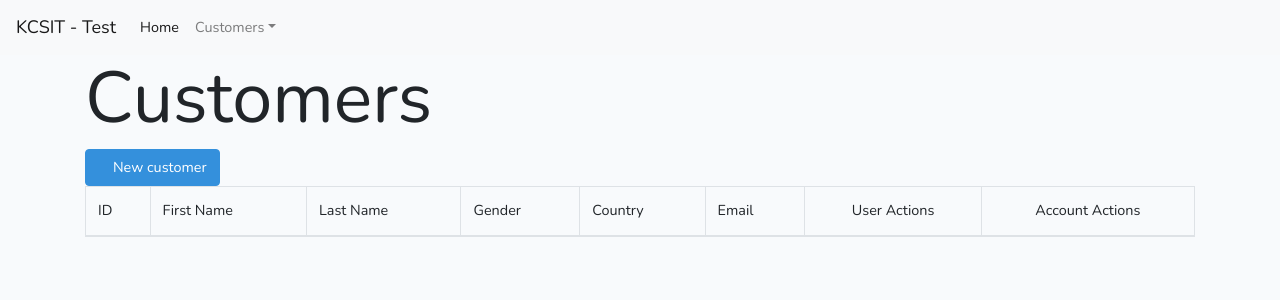
Repository: GilmarBrito/kcsit
Page: resources/views/customers/index.blade.php
These files come from the project's save history. The page is drawn as it stood at one moment and after the next save; the edit follows.
The browser window is 1280 px wide. The pictures show the whole page.
The page is served by the project's Laravel application, run on PHP 8.4 with Laravel 8. Other server files are loaded and not shown. Style sheets and scripts are compiled from the project's sources, by tool versions that may differ from the author's. The template is opened directly, without the code that normally fills it, so the values that code supplies are empty.

Above is the page before, as saved 2020-03-08 20:41:38.
Console error: ReferenceError: $ is not defined

### routes/web.php
<?php

use Illuminate\Support\Facades\Route;

/*
|--------------------------------------------------------------------------
| Web Routes
|--------------------------------------------------------------------------
|
| Here is where you can register web routes for your application. These
| routes are loaded by the RouteServiceProvider within a group which
| contains the "web" middleware group. Now create something great!
|
*/

Route::get('/', function () {
    return view('welcome');
});

Route::resource('customers', 'CustomerController');

### resources/views/customers/index.blade.php
@extends('base')

@section('main')
<div class="row">
    <div class="col-sm-12">
        <h1 class="display-3">Customers</h1>
    </div>
    <div class="col-sm-12">
        <a href="{{route('customers.create')}}" class="btn btn-primary">
            <i class="fas fa-user-plus"></i> New customer
        </a>
    </div>
    <div class="col-sm-12">
        <table class="table table-striped table-bordered">
            <thead>
                <tr>
                    <td>ID</td>
                    <td>First Name</td>
                    <td>Last Name</td>
                    <td>Gender</td>
                    <td>Country</td>
                    <td>Email</td>
                    <td colspan="2" class="text-center">User Actions</td>
                    <td colspan="2" class="text-center">Account Actions</td>
                </tr>
            </thead>
            <tbody>
                @foreach($customers as $customer)
                <tr>
                    <td>{{$customer->id}}</td>
                    <td>{{$customer->first_name}}</td>
                    <td>{{$customer->last_name}}</td>
                    <td>{{$customer->gender}}</td>
                    <td>{{$customer->country}}</td>
                    <td>{{$customer->email}}</td>
                    <td>
                        <a href="{{ route('customers.edit',$customer->id)}}" class="btn btn-primary btn-block"><i class="fas fa-user-edit"></i> Edit</a>
                    </td>
                    <td>
                    <form action="{{ route('customers.destroy', $customer->id)}}" method="post">
                            @csrf
                            @method('DELETE')
                            <button class="btn btn-danger btn-block" type="submit"><i class="fas fa-user-slash"></i> Delete</button>
                        </form>
                    </td>
                    <td>
                        <a href="#" class="btn btn-outline-success btn-block"><i class="fas fa-arrow-circle-up"></i> Deposit Money</a>
                    </td>
                    <td>
                        <a href="#" class="btn btn-outline-danger btn-block"><i class="fas fa-arrow-circle-down"></i> Withdraw Money</a>
                    </td>
                </tr>
                @endforeach
            </tbody>
        </table>
    </div>
</div>
@endsection

### resources/views/base.blade.php
<!DOCTYPE html>
<html lang="en">
<head>
    <meta name="viewport" content="width=device-width, initial-scale=1.0">
    <title>KCSIT - Clever Full Stack Developer Test Task</title>
    <!-- Styles -->
    <link href="{{ asset('css/app.css') }}" rel="stylesheet">
</head>
<body>
    <nav class="navbar navbar-expand-lg navbar-light bg-light">
        <a class="navbar-brand" href="#">{{ config('app.name') }}</a>
        <button class="navbar-toggler" type="button" data-toggle="collapse" data-target="#navbarSupportedContent" aria-controls="navbarSupportedContent" aria-expanded="false" aria-label="Toggle navigation">
            <span class="navbar-toggler-icon"></span>
        </button>

        <div class="collapse navbar-collapse" id="navbarSupportedContent">
            <ul class="navbar-nav mr-auto">
                <li class="nav-item active">
                    <a class="nav-link" href="#">Home <span class="sr-only">(current)</span></a>
                </li>
                <li class="nav-item dropdown">
                    <a class="nav-link dropdown-toggle" href="#" id="navbarDropdown" role="button" data-toggle="dropdown" aria-haspopup="true" aria-expanded="false">Customers</a>
                    <div class="dropdown-menu" aria-labelledby="navbarDropdown">
                        <a class="dropdown-item" href="{{ route('customers.index') }}">List</a>
                        <a class="dropdown-item" href="{{ route('customers.create')}}">New</a>
                    </div>
                </li>
            </ul>
        </div>
    </nav>
    @include('flash-message')
    <div class="container">
        @yield('main')
    </div>
    <!-- Scripts -->
    <script src="{{ asset('js/app.js') }}"></script>

    <script>
        $(document).ready(function () {
            if ($('.alert')){
                $('.alert').fadeTo(2000, 500).slideUp(500, function(){
                    $(".alert-dismissible").alert('close');
                });
            }
        });
    </script>

</body>
</html>

### resources/views/flash-message.blade.php
@if ($message = Session::get('success'))
<div class="alert alert-success alert-dismissible fade show">
	<button type="button" class="close" data-dismiss="alert">×</button>
        <strong>{{ $message }}</strong>
</div>
@endif


@if ($message = Session::get('error'))
<div class="alert alert-danger alert-dismissible fade show">
	<button type="button" class="close" data-dismiss="alert">×</button>
        <strong>{{ $message }}</strong>
</div>
@endif


@if ($message = Session::get('warning'))
<div class="alert alert-warning alert-dismissible fade show">
	<button type="button" class="close" data-dismiss="alert">×</button>
	<strong>{{ $message }}</strong>
</div>
@endif


@if ($message = Session::get('info'))
<div class="alert alert-info alert-dismissible fade show">
	<button type="button" class="close" data-dismiss="alert">×</button>
	<strong>{{ $message }}</strong>
</div>
@endif


@if ($errors->any())
<div class="alert alert-danger alert-dismissible fade show">
	<button type="button" class="close" data-dismiss="alert">×</button>
	Please check the form below for errors
</div>
@endif

### resources/sass/app.scss
// Fonts
@import url('https://fonts.googleapis.com/css?family=Nunito');

// Variables
@import 'variables';

// Bootstrap
@import '~bootstrap/scss/bootstrap';
// @import 'node_modules/@fortawesome/fontawesome-free/scss/fontawesome.scss';
@import '~@fortawesome/fontawesome-free/scss/fontawesome';
@import '~@fortawesome/fontawesome-free/scss/regular';
@import '~@fortawesome/fontawesome-free/scss/solid';
@import '~@fortawesome/fontawesome-free/scss/brands';

Loaded but not shown: resources/sass/_variables.scss (common file)

After the next save:
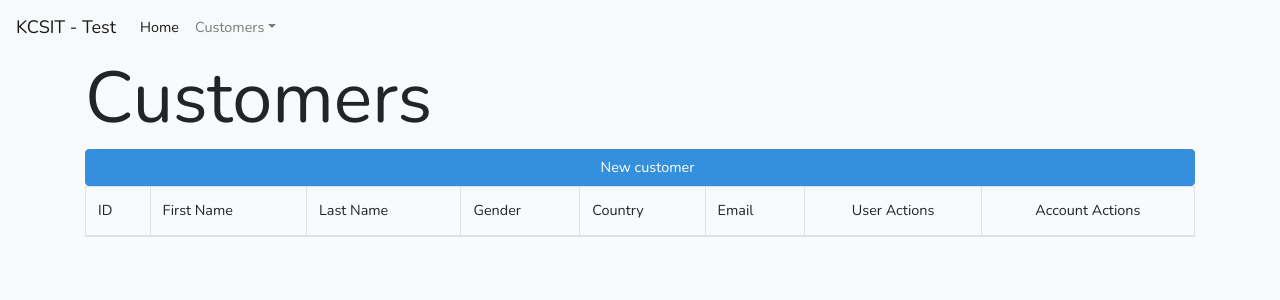
Saved 28 s later.
--- a/resources/views/customers/index.blade.php
+++ b/resources/views/customers/index.blade.php
@@ -6,7 +6,7 @@
         <h1 class="display-3">Customers</h1>
     </div>
     <div class="col-sm-12">
-        <a href="{{route('customers.create')}}" class="btn btn-primary">
+        <a href="{{route('customers.create')}}" class="btn btn-primary btn-block">
             <i class="fas fa-user-plus"></i> New customer
         </a>
     </div>
